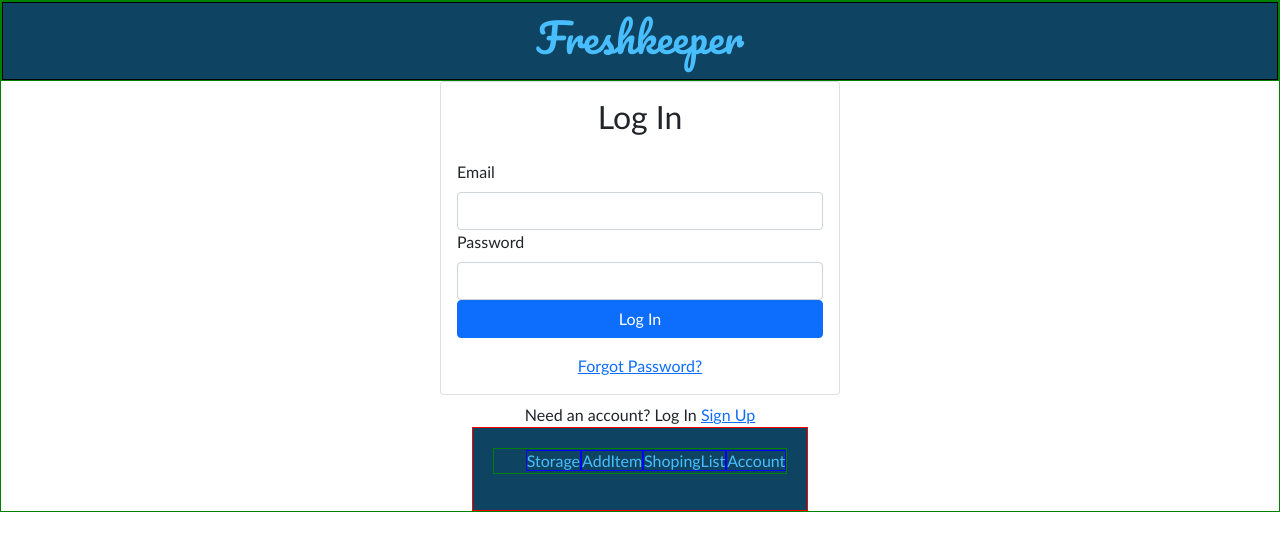
Repository: patrik-fredlund/freshkeeper-repo
Page: /
These files come from the project's save history. The page is drawn as it stood at one moment and after the next save; the edit follows.
The browser window is 1280 px wide. The pictures show the whole page.
The project was rebuilt for these pictures with package versions that can differ from the ones it lists, and the page was loaded fresh each time. Also part of the build but not shown: src/components/Signup.js, src/components/Account.js, src/components/ForgotPassword.js, src/components/UpdateProfile.js, src/components/Storage.js, src/components/Shopinglist.js, src/components/AddItem.js.

Above is the page before, as saved 2021-10-15 23:09:41.

### public/index.html
<!DOCTYPE html>
<html lang="en">

<head>
  <meta charset="utf-8" />
  <link rel="icon" href="%PUBLIC_URL%/favicon.ico" />
  <meta name="viewport" content="width=device-width, initial-scale=1" />
  <meta name="theme-color" content="#000000" />
  <meta name="description" content="Web site created using create-react-app" />
  <link rel="apple-touch-icon" href="%PUBLIC_URL%/logo192.png" />

  <link rel="manifest" href="%PUBLIC_URL%/manifest.json" />

  <title>Freshkeeper</title>
</head>

<body>
  <noscript>You need to enable JavaScript to run this app.</noscript>
  <div id="root"></div>

</body>

</html>

### src/index.js
import React from 'react';
import ReactDOM from 'react-dom';
import App from './components/App';
import 'bootstrap/dist/css/bootstrap.min.css';

ReactDOM.render(
  <React.StrictMode>
    <App />
  </React.StrictMode>,
  document.getElementById('root')
);

### src/components/App.js
import { Container } from 'react-bootstrap';
import '../App.css';
import Signup from './Signup';
import { AuthProvider } from '../context/AuthContext';
import { BrowserRouter as Router, Switch, Route } from 'react-router-dom';
import Account from './Account';
import Login from './Login';
import PrivateRoute from './PrivateRoute';
import ForgotPassword from './ForgotPassword';
import UpdateProfile from './UpdateProfile';
import Storage from './Storage';
import { AppWrap } from './appStyles';
import Header from './header/header';
import ShopingList from './Shopinglist';
import AddItem from './AddItem';
import Navbar from './navbar/Navbar';

function App() {
  return (
    <AppWrap>
      <Header />
      <Container
        className='d-flex align-items-center justify-content-center'
        // style={{ minHeight: '10vh' }}
      >
        <div className='w-100' style={{ maxWidth: '400px' }}>
          <Router>
            <AuthProvider>
              <Switch>
                <PrivateRoute exact path='/' component={Storage} />
                <PrivateRoute path='/additem' component={AddItem} />
                <PrivateRoute path='/shopinglist' component={ShopingList} />
                <PrivateRoute path='/account' component={Account} />
                <PrivateRoute
                  path='/update-profile'
                  component={UpdateProfile}
                />
                <Route path='/signup' component={Signup} />
                <Route path='/login' component={Login} />
                <Route path='/forgot-password' component={ForgotPassword} />
              </Switch>
            </AuthProvider>
          </Router>
        </div>
      </Container>
      <Navbar />
    </AppWrap>
  );
}

export default App;

### src/App.css
@import url('https://fonts.googleapis.com/css2?family=Pacifico&display=swap');

* {
  box-sizing: border-box;
  margin: 0;
  padding: 0;
  font-family: 'Gill Sans', 'Gill Sans MT', Calibri, 'Trebuchet MS', sans-serif;
}

.container {
  display: flex;
  flex-direction: column;
  justify-content: center;
  align-items: center;
}

.top_nav {
  display: flex;
  flex-direction: row;
  justify-content: center;
  align-items: center;
  padding: 14px 16px 14px 18px;

  position: absolute;
  width: 414px;
  height: 65px;
  left: 0px;
  top: 0px;

  background: #0e4462;
  border-radius: 4px;
}

.freshkeeper_header {
  position: static;

  font-family: 'Pacifico', cursive;

  font-weight: normal;
  font-size: 20px;

  display: flex;
  align-items: center;
  text-align: center;

  color: #49beff;

  /* Inside Auto Layout */

  flex: none;
  order: 0;
  flex-grow: 0;
  margin: 0px 10px;
}

### src/context/AuthContext.js
import React, { useContext, useState, useEffect } from 'react';
import { auth } from '../firebase';

const AuthContext = React.createContext();

export function useAuth() {
  return useContext(AuthContext);
}

export function AuthProvider({ children }) {
  const [currentUser, setCurrentUser] = useState();
  const [loading, setLoading] = useState(true);

  function signup(email, password) {
    return auth.createUserWithEmailAndPassword(email, password);
  }

  function login(email, password) {
    return auth.signInWithEmailAndPassword(email, password);
  }

  function logout() {
    return auth.signOut();
  }

  function resetPassword(email) {
    return auth.sendPasswordResetEmail(email);
  }

  function updateEmail(email) {
    return currentUser.updateEmail(email);
  }

  function updatePassword(password) {
    return currentUser.updatePassword(password);
  }

  useEffect(() => {
    const unsubscribe = auth.onAuthStateChanged((user) => {
      setCurrentUser(user);
      setLoading(false);
    });
    return unsubscribe;
  }, []);

  const value = {
    currentUser,
    login,
    signup,
    logout,
    resetPassword,
    updateEmail,
    updatePassword,
  };

  return (
    <AuthContext.Provider value={value}>
      {!loading && children}
    </AuthContext.Provider>
  );
}

### src/components/Login.js
import React, { useRef, useState } from 'react';
import { Form, Button, Card, Alert } from 'react-bootstrap';
import { useAuth } from '../context/AuthContext';
import { Link, useHistory } from 'react-router-dom';

export default function Login() {
  const emailRef = useRef();
  const passwordRef = useRef();
  const { login } = useAuth();
  const [error, setError] = useState('');
  const [loading, setLoading] = useState(false);
  const history = useHistory();

  async function handleSubmit(e) {
    e.preventDefault();

    try {
      setError('');
      setLoading(true);
      await login(emailRef.current.value, passwordRef.current.value);
      history.push('/');
    } catch {
      setError('Failed to Log In');
    }

    setLoading(false);
  }

  return (
    <>
      <Card>
        <Card.Body>
          <h2 className='text-center mb-4'>Log In</h2>

          {error && <Alert variant='danger'>{error}</Alert>}
          <Form onSubmit={handleSubmit}>
            <Form.Group id='email'>
              <Form.Label>Email</Form.Label>
              <Form.Control type='email' ref={emailRef} required />
            </Form.Group>
            <Form.Group id='password'>
              <Form.Label>Password</Form.Label>
              <Form.Control type='password' ref={passwordRef} required />
            </Form.Group>

            <Button disabled={loading} className='w-100' type='submit'>
              Log In
            </Button>
          </Form>
          <div className='w-100 text-center mt-3'>
            <Link to='/forgot-password'>Forgot Password?</Link>
          </div>
        </Card.Body>
      </Card>
      <div className='w-100 text-center mt-2'>
        Need an account? Log In <Link to='/signup'>Sign Up </Link>
      </div>
    </>
  );
}

### src/components/PrivateRoute.js
import React from 'react';
import { Route, Redirect } from 'react-router-dom';
import { useAuth } from '../context/AuthContext';

export default function PrivateRoute({ component: Component, ...rest }) {
  const { currentUser } = useAuth();

  return (
    <Route
      {...rest}
      render={(props) => {
        return currentUser ? (
          <Component {...props} />
        ) : (
          <Redirect to='/login' />
        );
      }}
    ></Route>
  );
}

### src/components/appStyles.js
import styled from 'styled-components';

export const AppWrap = styled.div`
  display: flex;
  flex-flow: column;
  border: 1px solid green;
`;

### src/components/header/header.js
import React from 'react';
import GlobalStyle from '../globalStyles';
import { HeaderWrap } from './headerStyles';

function Header() {
  return (
    <HeaderWrap>
      <GlobalStyle />
      {/* <div className='top_nav'>
        <h2 className='freshkeeper_header'>Freshkeeper</h2>
      </div> */}
      <div className='headerContainer'>
        <h1>Freshkeeper</h1>
      </div>
    </HeaderWrap>
  );
}

export default Header;

### src/components/navbar/Navbar.js
import React from 'react';
import { AppWrap } from '../appStyles';
import { HeaderWrap } from '../header/headerStyles';
import { MenuList } from './MenuList';
import { NavbarStyles } from './navbarStyles';

const Navbar = () => {
  const menuList = MenuList.map(({ url, title, index }) => {
    return (
      <li key={index}>
        <a href={url}>{title}</a>
      </li>
    );
  });

  return (
    <NavbarStyles>
      <ul className='menu-list'>{menuList} </ul>
    </NavbarStyles>
  );
};

export default Navbar;

### src/firebase.js
import firebase from 'firebase/compat/app';
import 'firebase/compat/auth';

const app = firebase.initializeApp({
  apiKey: process.env.REACT_APP_FIREBASE_API_KEY,
  authDomain: process.env.REACT_APP_FIREBASE_AUTH_DOMAIN,
  projectId: process.env.REACT_APP_FIREBASE_PROJECT_ID,
  storageBucket: process.env.REACT_APP_FIREBASE_STORAGE_BUCKET,
  messagingSenderId: process.env.REACT_APP_FIREBASE_MESSAGE_SENDER_ID,
  appId: process.env.REACT_APP_FIREBASE_APP_ID,
});

export const auth = app.auth();
export default app;

### src/components/globalStyles.js
import { createGlobalStyle } from 'styled-components';

const GlobalStyle = createGlobalStyle`
@import url('https://fonts.googleapis.com/css2?family=Pacifico&display=swap');

  h1 {
     font-family: 'pacifico';
  }
`;

export default GlobalStyle;

### src/components/header/headerStyles.js
import styled from 'styled-components';

export const HeaderWrap = styled.div`
  width: 100%;
  border: 1px solid green;

  .headerContainer {
    border: 1px solid black;
    background-color: #0e4462;
    color: #49beff;
    padding: 10px 0;
    display: flex;
    align-items: center;
    justify-content: center;
  }
`;

### src/components/navbar/MenuList.js
export const MenuList = [
  {
    title: 'Storage',
    url: '/',
  },
  {
    title: 'AddItem',
    url: '/additem',
  },
  {
    title: 'ShopingList',
    url: '/shopinglist',
  },
  {
    title: 'Account',
    url: '/account',
  },
];

### src/components/navbar/navbarStyles.js
import styled from 'styled-components';

export const NavbarStyles = styled.div`
  border: 1px solid red;
  display: flex;
  /* max-width: 400px; */
  justify-content: center;
  align-items: center;
  background-color: #0e4462;
  padding: 20px;
  position: relative;
  z-index: 99;
  margin: auto;

  .menu-list {
    display: flex;
    align-items: center;
    list-style-type: none;
    width: 100%;
    border: 1px solid green;
    justify-content: space-between;
    max-width: 400px;

    /* padding: 10px 10px; */
  }

  a {
    color: #49beff;

    text-decoration: none;
    border: 1px solid blue;
    /* padding: 10px; */
  }
`;

After the next save:
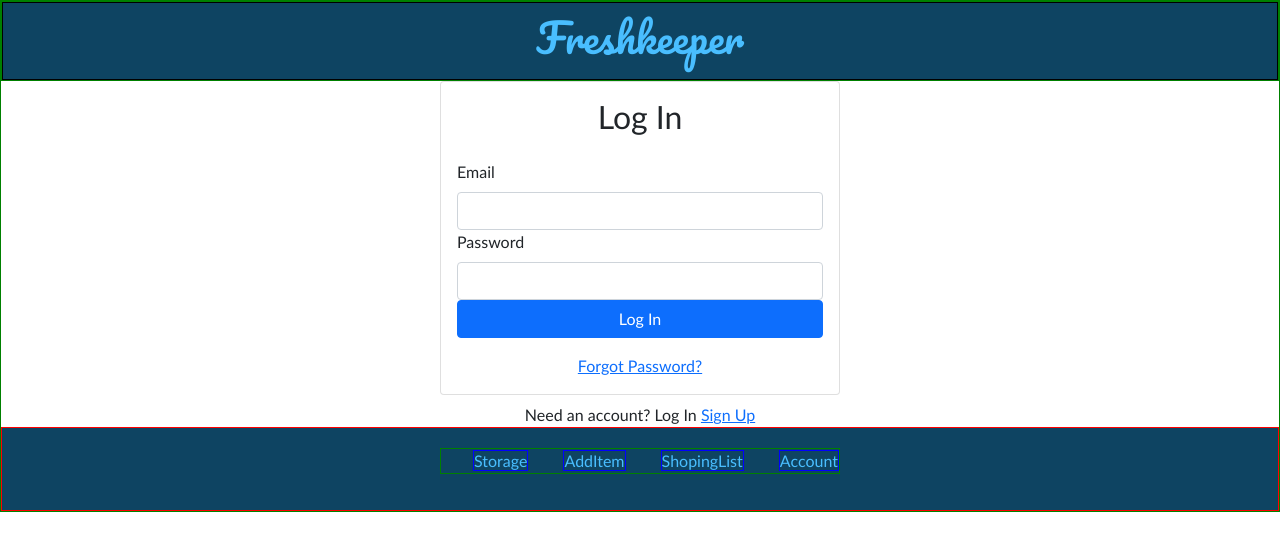
Saved 12 s later.
--- a/src/components/appStyles.js
+++ b/src/components/appStyles.js
@@ -1,7 +1,8 @@
 import styled from 'styled-components';
 
 export const AppWrap = styled.div`
-  display: flex;
-  flex-flow: column;
+  /* display: flex;
+  flex-flow: column; */
+  width: 100%;
   border: 1px solid green;
 `;
